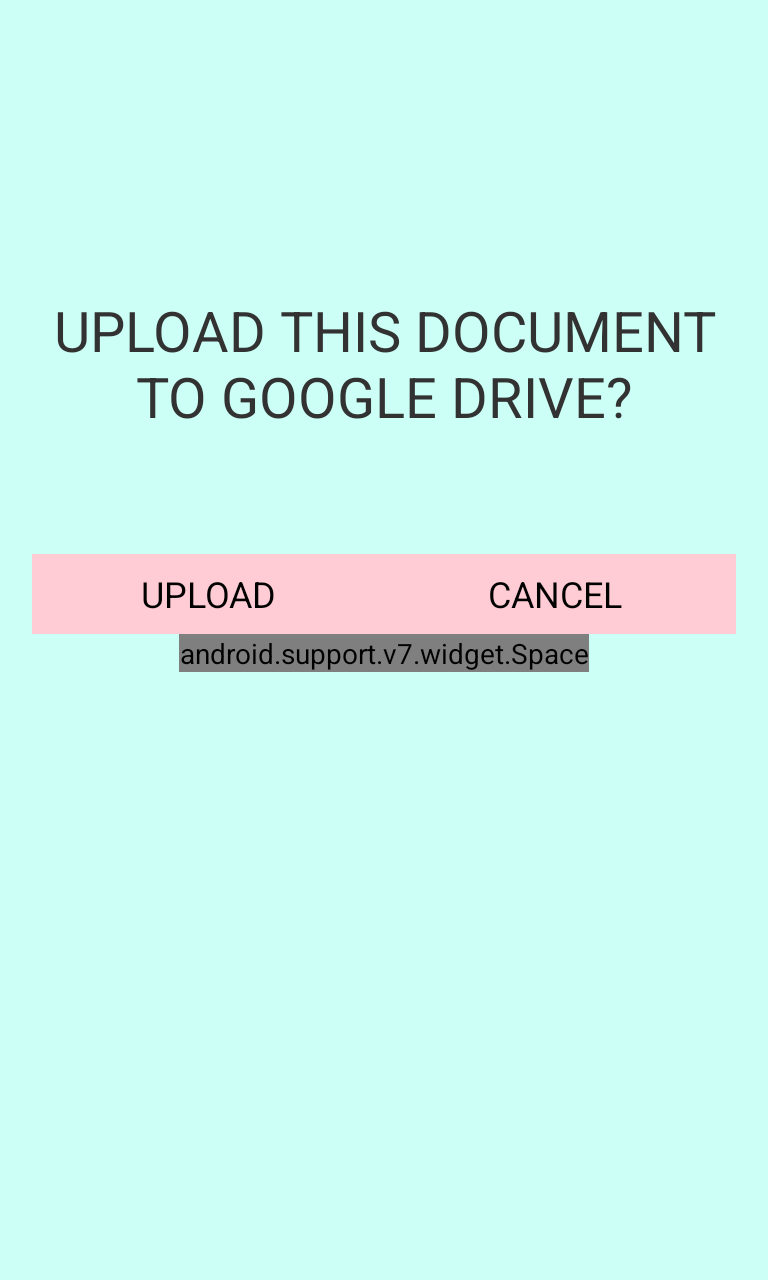
Repository: nick11roberts/Moka-Scanr
Layout: Document Uploader/res/layout/activity_preview.xml
An editor plug-in stored every save of this project. The layout is shown before and after the next save, followed by the edit.
Pictures or frames that could not be fetched are drawn as grey boxes. It is drawn on a 768 x 1280 px phone screen (xhdpi) without system bars, with theme android:Theme.Holo.Light.NoActionBar; the app's code is not run. The app's manifest (not shown) leaves right-to-left support off. So textAlignment, textDirection and layoutDirection are ignored, and left and right values win over start and end ones.

Above is the layout before, as saved 2014-05-31 00:46:21.

After the next save:
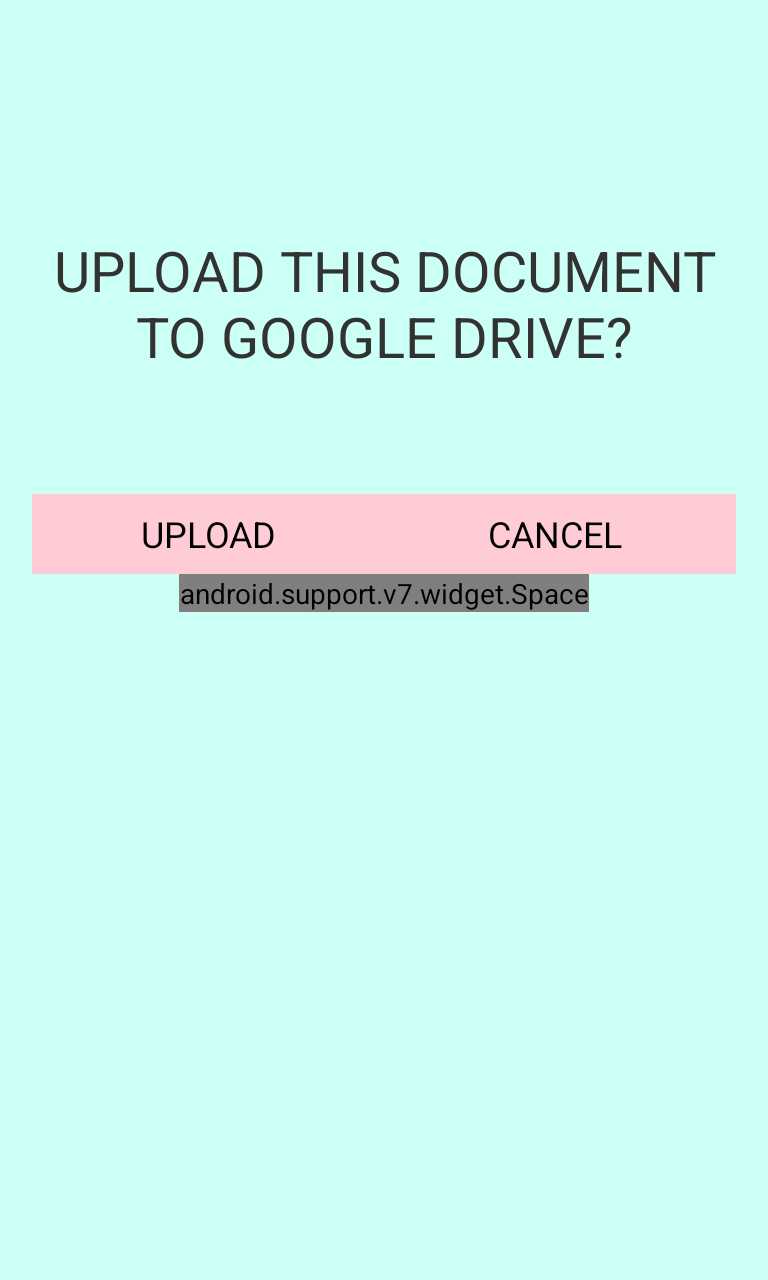
Saved 17 s later.
--- a/Document Uploader/res/layout/activity_preview.xml
+++ b/Document Uploader/res/layout/activity_preview.xml
@@ -16,7 +16,7 @@
         android:layout_width="wrap_content"
         android:layout_height="wrap_content"
         android:paddingBottom="60dp"
-        android:paddingTop="130dp"
+        android:paddingTop="100dp"
         android:text="@string/preview_heading"
         android:textAlignment="center"
         android:gravity="center"
